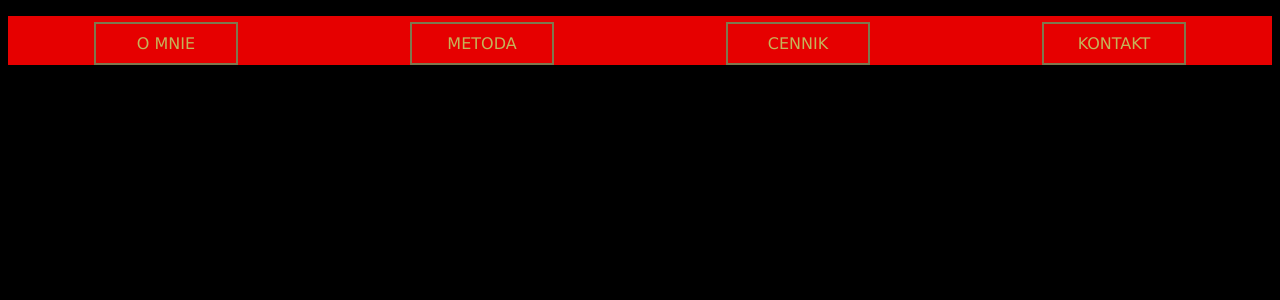
Repository: LechCieslak/Anna_Cieslak_v2.1
Page: index.html
The author's editor kept a copy of each file at every save. The page is drawn from the files as they stood at one save, then again after the next save.
The browser window is 1280 px wide. The pictures show the whole page.

Above is the page before, as saved 2020-09-17 15:53:33.

After the next save:
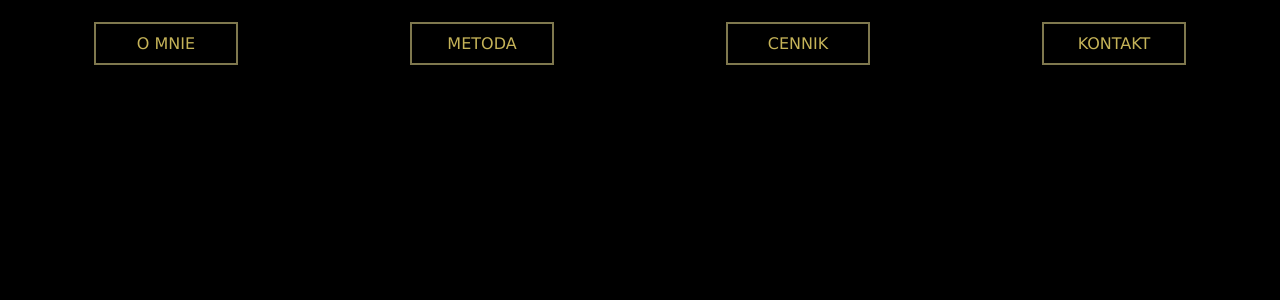
Saved 4 s later.
--- a/style.css
+++ b/style.css
@@ -15,18 +15,7 @@
     position: relative;
 }
 
-body::after {
-    content: "";
-    /* background: url("images/background-poz.jpg"); */
-    background-color: red;
-    opacity: 0.9;
-    top: 0;
-    left: 0;
-    bottom: 0;
-    right: 0;
-    position: absolute;
-    z-index: -1;
-}
+
 
 ul {
     display: flex;

After the save that followed:
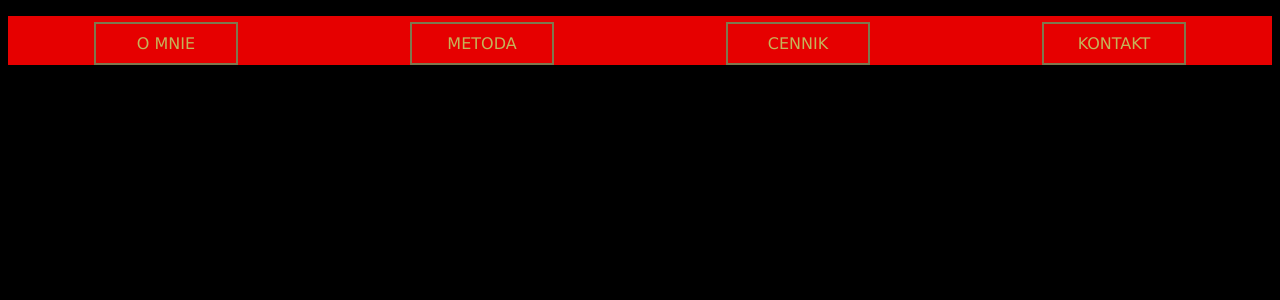
Saved 7 min 40 s later.
--- a/style.css
+++ b/style.css
@@ -15,7 +15,18 @@
     position: relative;
 }
 
-
+body::after {
+    content: "";
+    /* background: url("images/background-poz.jpg"); */
+    background-color: red;
+    opacity: 0.9;
+    top: 0;
+    left: 0;
+    bottom: 0;
+    right: 0;
+    position: absolute;
+    z-index: -1;
+}
 
 ul {
     display: flex;
